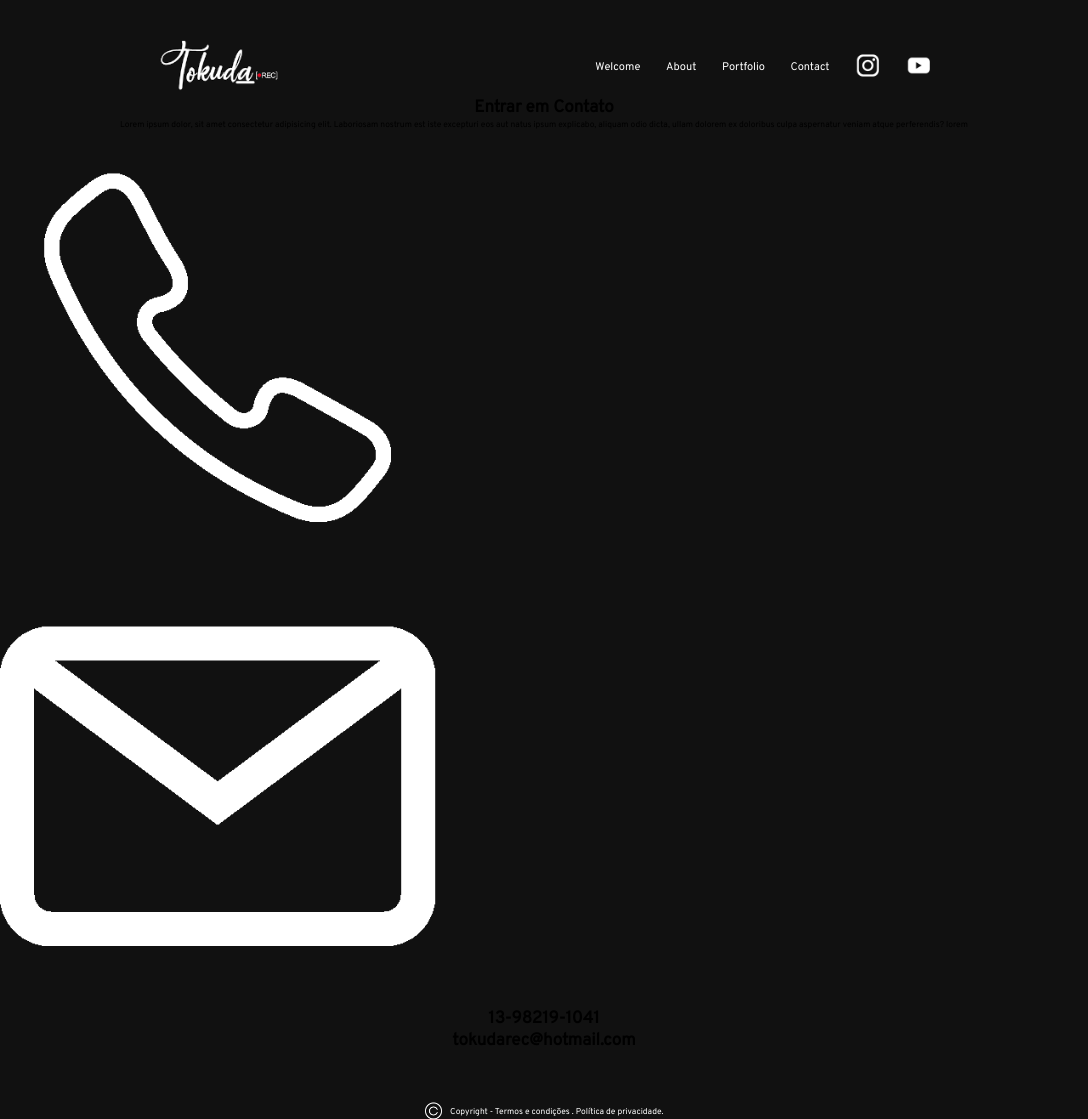
Repository: Lucasbeze/Project-FilmMaker
Page: projeto-alex/pages/contact.html
An editor plug-in stored every save of this project. The page is shown before and after the next save, followed by the edit.
The browser window is 1280 px wide. The pictures show the whole page, at 85% of full size.

Above is the page before, as saved 2022-08-26 16:31:56.

After the next save:
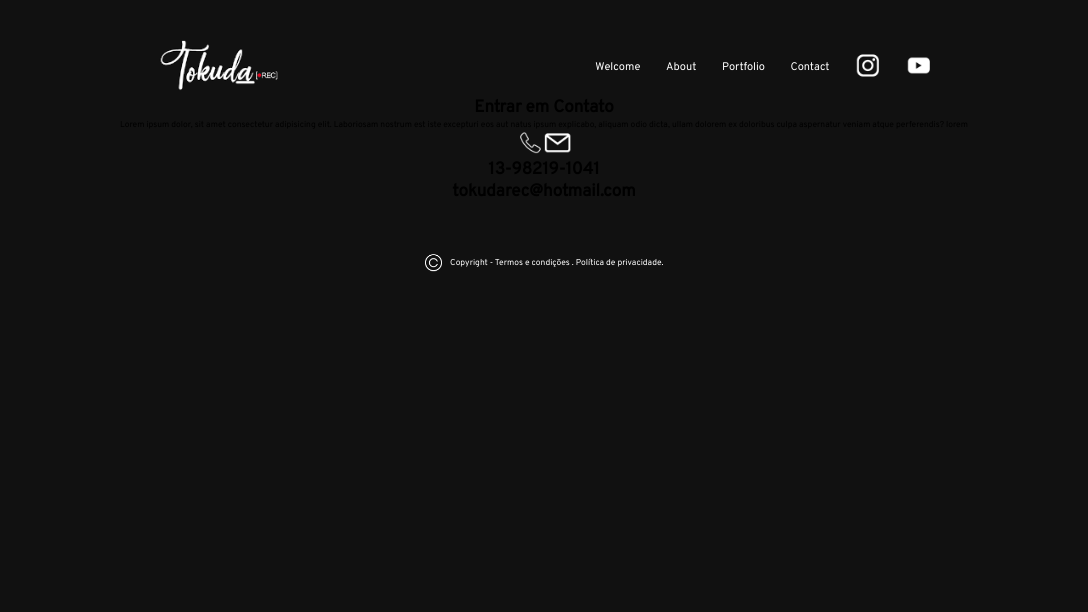
Saved 28 s later.
--- a/projeto-alex/css/contact.css
+++ b/projeto-alex/css/contact.css
@@ -46,7 +46,7 @@ main {
   flex-direction: column;
   justify-content: center;
 }
-.img {
+.img img{
   width: 30px;
 }
 footer{
